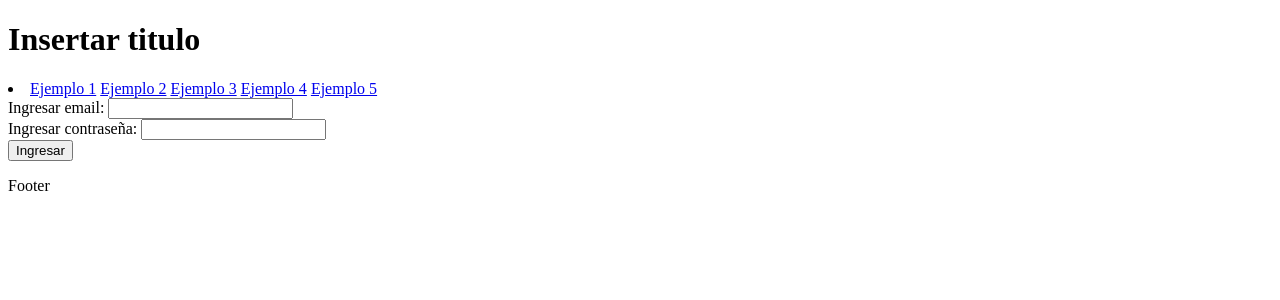
Repository: FacundoKinderknecht/Parcial-2-LPPA
Page: login/login.html
The author's editor kept a copy of each file at every save. The page is drawn from the files as they stood at one save, then again after the next save.
The browser window is 1280 px wide. The pictures show the whole page.

Above is the page before, as saved 2022-07-06 10:15:20.

After the next save:
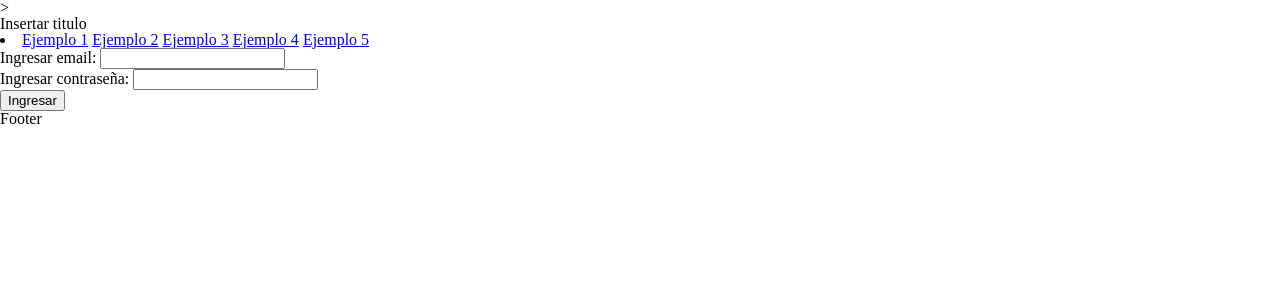
Saved 33 s later.
--- a/login/login.html
+++ b/login/login.html
@@ -5,6 +5,7 @@
     <meta http-equiv="X-UA-Compatible" content="IE=edge">
     <meta name="viewport" content="width=device-width, initial-scale=1.0">
     <title>Document</title>
+    ><link rel="stylesheet" href="reset.css">
     <link rel="stylesheet" href="/login/login.css">
     <script src="/login/login.js"></script>
 </head>
